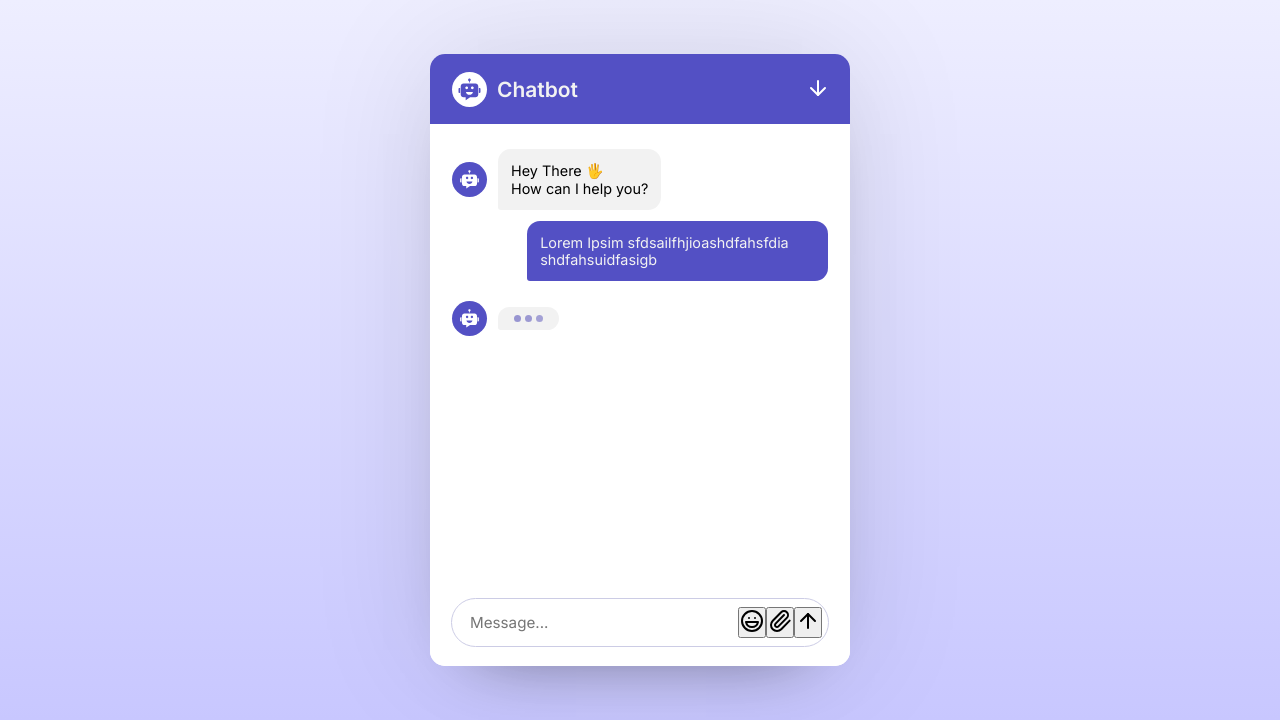
Repository: guilhermecardoso93/ai-bot
Page: /
An editor plug-in stored every save of this project. The page is shown before and after the next save, followed by the edit.
The browser window is 1280 px wide. The pictures show the whole page.
The project was rebuilt for these pictures with package versions that can differ from the ones it lists, and the page was loaded fresh each time. Also part of the build but not shown: vite.config.js.

Above is the page before, as saved 2024-11-13 18:39:35.

After the next save:
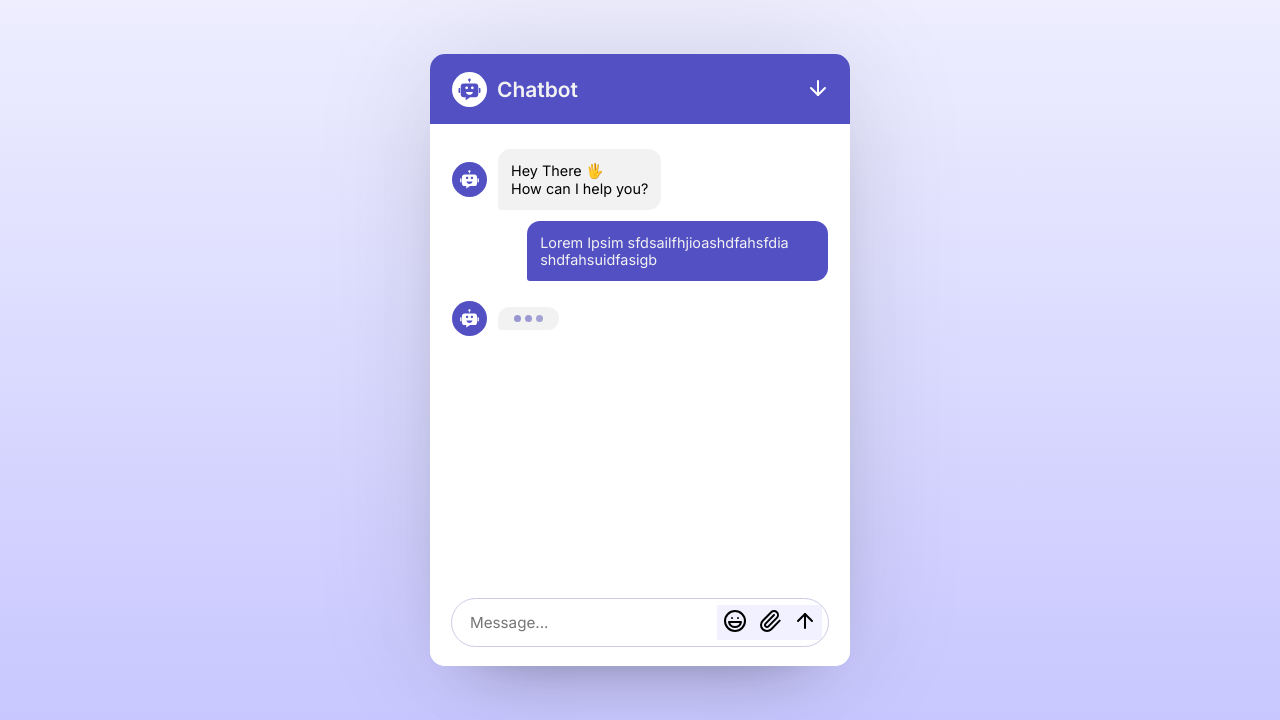
Saved 50 s later.
--- a/src/index.css
+++ b/src/index.css
@@ -226,3 +226,11 @@ body {
   align-self: flex-end;
   padding-right: 6px;
 }
+
+.chat-footer .chat-controls button {
+  height: 35px;
+  width: 35px;
+  border: none;
+  cursor: pointer;
+  background-color: #f1f1ff;
+}
